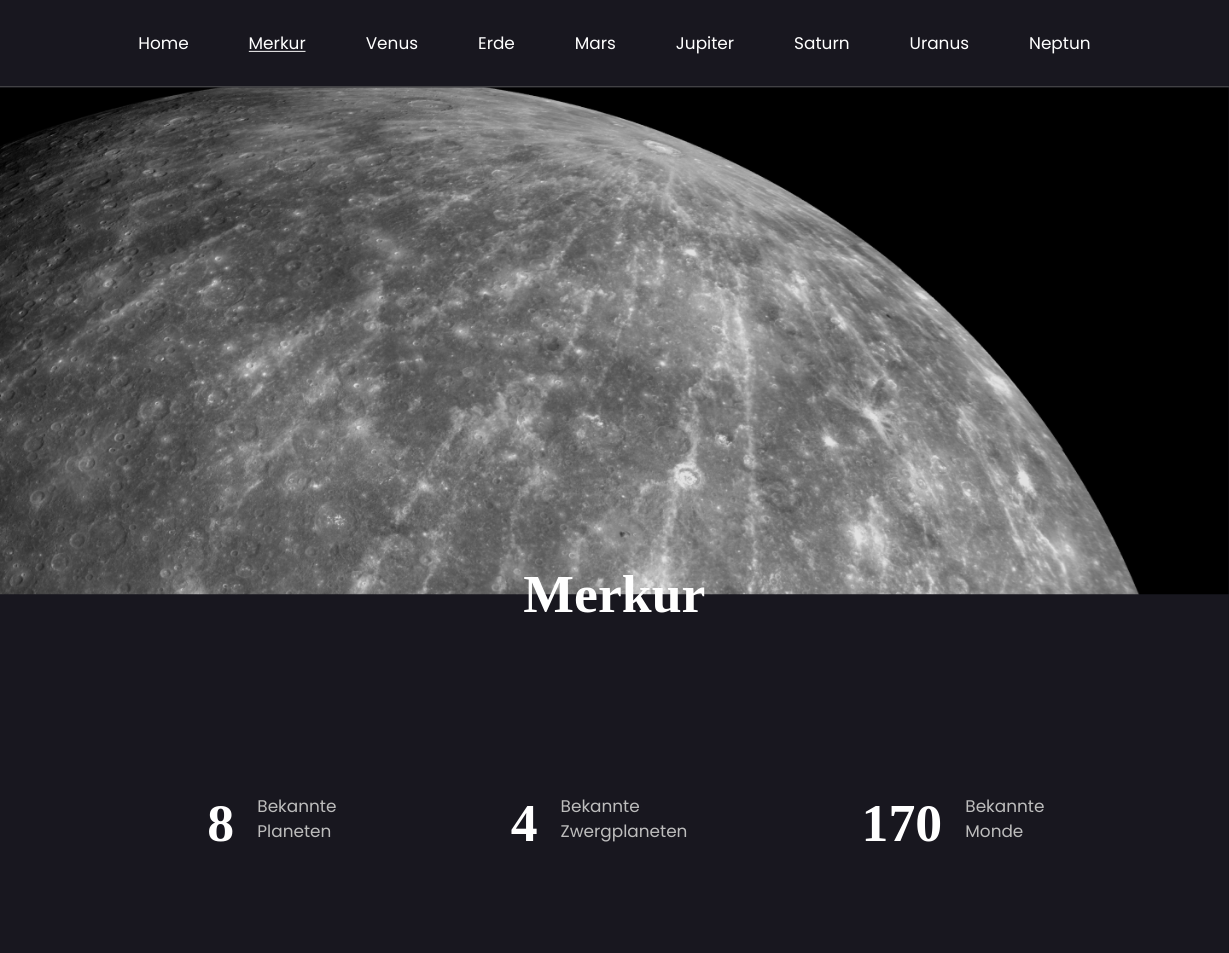
Repository: moreno-livak/solar
Page: dist/html/merkur.html
These files come from the project's save history. The page is drawn as it stood at one moment and after the next save; the edit follows.
The browser window is 1280 px wide. The pictures show the whole page, at 96% of full size.
The style sheet was rebuilt from its Sass, Less or Tailwind sources for each picture, by a compiler version that may differ from the author's.

Above is the page before, as saved 2022-05-07 12:51:22.
Console error: TypeError: Cannot read properties of null (reading 'getAttribute')

### dist/html/merkur.html
<!DOCTYPE html>
<html>
  <head>
    <!-- Poppins -->
    <link rel="preconnect" href="https://fonts.googleapis.com">
    <link rel="preconnect" href="https://fonts.gstatic.com" crossorigin>
    <link href="https://fonts.googleapis.com/css2?family=Poppins:ital,wght@0,300;0,400;0,500;0,600;0,700;1,300;1,400;1,500;1,600;1,700&display=swap" rel="stylesheet">
    <!-- Playfair Display -->
    <link rel="preconnect" href="https://fonts.googleapis.com">
    <link rel="preconnect" href="https://fonts.gstatic.com" crossorigin>
    <link href="https://fonts.googleapis.com/css2?family=Playfair+Display:wght@700&display=swap" rel="stylesheet">
    <!-- Erscheinungsbild -->
    <link rel="icon" href="../assets/merkur/Merkur_Icon.png">
    <title>Merkur</title>
    <link href="../css/home.css" rel="stylesheet">
  </head>

  <body>
    <nav>
      <ul class="second-nav">
          <li><a href="../index.html">Home</a></li>
          <div class="openMenu"><img class="burger" src="../assets/Menu-Icon.svg" alt="Menu"></div>
      </ul>
      <ul class="mainMenu">
          <li><a class="home" href="../index.html">Home</a></li>
          <li><a class="active margin" href="merkur.html">Merkur</a></li>
          <div class="menu-vl"></div>
          <li><a href="">Venus</a></li>
          <div class="menu-vl"></div>
          <li><a href="">Erde</a></li>
          <div class="menu-vl"></div>
          <li><a href="">Mars</a></li>
          <div class="menu-vl"></div>
          <li><a href="">Jupiter</a></li>
          <div class="menu-vl"></div>
          <li><a href="">Saturn</a></li>
          <div class="menu-vl"></div>
          <li><a href="">Uranus</a></li>
          <div class="menu-vl"></div>
          <li><a href="">Neptun</a></li>
          <div class="closeMenu"><img class="exit" src="../assets/Exit-Menu.svg" alt="Exit"></div>
      </ul>
  </nav>



  <section class="header">
    <div class="image-header"><img src="../assets/Merkur/Merkur-Header.png"></div>
    <h1>Merkur</h1>
  </section>



  <section class="quik-facts">
    <div class="quik-fact">
        <p class="number">8</p>
        <p>Bekannte<br>Planeten</p>
    </div>
    <div class="quik-fact">
        <p class="number">4</p>
        <p>Bekannte<br>Zwergplaneten</p>
    </div>
    <div class="quik-fact">
        <p class="number">170</p>
        <p>Bekannte<br>Monde</p>
    </div>
</section>






  <script src="../scripts/merkur.js"></script>
</body>
</html>

### src/scss/home.scss
/*Variablen*/

$left-margin: 9rem;
$base-font-size: 1.1rem;
$transition: .4s;
$main-title: 3.5rem;
$h1: 2.8rem;
$h2: 2.4rem;




/*Scrollbar*/

::-webkit-scrollbar{
    width: .7em;
} // Dicke

::-webkit-scrollbar-track{
    background-color: #242230;
} // Hintergrundfrabe

::-webkit-scrollbar-thumb{
    border-radius: 5px;
    background-color:#312f3f;
    &:hover{
        background-color: #383647;
    }
} // Thumb zum Scrollen




body {
    background: #18171F;
    margin: 0;
    font-family: 'Poppins';
    color: white;
    max-width: 100%;
    overflow-x: hidden;
}



/*Navigation*/

nav {
    border-bottom: 1px #5D5D5D solid;
    .second-nav{
        display: none;
    }

    .menu-vl{
        display: none;
    }

    .openMenu{
        display: none;
    }

    .closeMenu{
        display: none;
    }

    ul{
        margin: 2rem $left-margin 2rem $left-margin;
        display: flex;
        justify-content: space-between;
        li{
            list-style-type: none;
            margin-left: -2.5em;
            a{
                border: none;
                color: white;
                font-size: $base-font-size;
                font-weight: medium;
                text-decoration: none;
                display: inline-block;
                position: relative;
                clip-path: polygon(0 0, 100% 0, 100% 100%, 0% 100%);
                &:before, &:after {
                    position: absolute;
                    content: '';
                    border-bottom: 2px solid rgb(255, 255, 255);
                    border-radius: 0em;
                    bottom: .1em;
                    transition: transform .8s cubic-bezier(0.075, 0.82, 0.165, 1);
                }

               &:before {
                    width: 0.01em;
                    margin-left: -.1em;
                    transform-origin: left;
                }

                &:hover:before {
                    margin-left: 0em;
                    transform: scaleX(88);
                }
            }
            .active{
                text-decoration: underline;
                color: #ffffff;
                text-underline-offset: 0.14em;
            }
        }
    }
}





/*Header*/

header{
    justify-content: space-between;
    display: flex;
    .left{
        float:left;
        margin: 8rem 0 0 $left-margin;
        h1{
            font-family: 'Playfair+Display';
            font-size: $main-title;
            width: 10em;
        }
        p{
            font-size: $base-font-size;
            margin-right: 3rem;
        }
        .cta{
            display: flex;
            background: #242230;
            border-radius: 10px;
            margin-top: 2.5rem;
            width: 19.5rem;
            a{
                background: #FDB513;
                margin-right: 1em;
                padding: .5em 1em .5em 1em;
                border-radius: 8px;
                color: #18171F;
                font-weight: bold;
                font-size: $base-font-size;
                text-decoration: none;
                margin: .5em;
                transition: $transition;
            }
            a:hover{
                margin: 0;
                padding: 1em 1.5em 1em 1.5em;
                transition: $transition;
            }
            p{
                margin: auto 1rem auto 1rem;
                font-size: $base-font-size;
            }
        }
    }
    img{
        margin-top: 3em;
        float:right;
    }
}




/*Quikfacts*/

section.quik-facts{
    margin: 6rem 18rem 6rem 18rem;
    display: flex;
    flex-wrap: wrap;
    justify-content: space-between;
    .quik-fact{
        display: flex;
        margin: 0 2rem 0 2rem;
        p.number{
            font-family: 'Playfair';
            font-size: 3.5rem;
            font-weight: bold;
            color: #ffffff;
            margin: 1rem 1.5rem 0 1.5rem;
        }
        p{
            font-family: 'Poppins';
            color: #BDBDBD;
            font-size: $base-font-size;
        }
    }
}




/*Orbitale Ebene*/

section.orbit{
    margin: 9rem $left-margin 9rem $left-margin;
    h1{
        font-size: $h1;
        font-family: 'Playfair';
        font-weight: bold;
    }

    p{
        font-size: $base-font-size;
        text-align: justify;
        font-weight: 400;
        margin-bottom: 2rem;
    }

    div.content{
        background: #242230;
        border-radius: 10px;
        display: flex;
        padding: .7rem 3rem .7rem .7rem;
        .vl{
            border-left: 3.5px solid #383647;
            margin: auto 2rem auto 2rem;
            height: 6rem;
            border-radius: 10px;
        }
        p{
          font-size: $base-font-size;
          text-align: justify;
          font-weight: 400;
          margin: auto 0 auto 0;
        }
    }

    h2{
        font-size: $h2;
        font-family: 'Playfair';
        font-weight: bold;
        margin-top: 3.5rem;
    }

    .tooltip-dark{
        color: #4884F6;
        cursor: pointer;
        position: relative;
        .tip{
            visibility: hidden;
            width: 200px;
            background-color: #18171F;
            color: #fff;
            text-align: center;
            border-radius: 10px;
            padding: 10px 5px 10px 5px;
            position: absolute;
            display: inline-block;
            bottom: 120%;
            left: 50%;
            margin-left: -110px;
            opacity: 0;
            transition: opacity 0.3s;
            z-index: 1000;
        }
        .tip.active{
            visibility: visible;
            opacity: 1;
        }
    }
    .tooltip-light{
        color: #4884F6;
        cursor: pointer;
        position: relative;
        .tip{
            visibility: hidden;
            width: 245px;
            background-color: #242230;
            color: #fff;
            text-align: center;
            border-radius: 10px;
            padding: 10px 5px 10px 5px;
            position: absolute;
            display: inline-block;
            bottom: 120%;
            left: 50%;
            margin-left: -125px;
            opacity: 0;
            transition: opacity 0.3s;
            z-index: 1000;
        }
        .tip.active{
        visibility: visible;
        opacity: 1;
        }
    }




    /*Tabs*/

    .struggle{
        margin-top: 2rem;
        background: #242230;
        width: 23.9rem;
        border-radius: 10px;
        ul{
            display: flex;
            padding: 0.7rem;
        }
    }
    .tabs .trigger{
        list-style-type: none;
        padding: 10px;
        background: #242230;
        border-radius: 6px;
        display: inline-block;
        padding: 10px 20px;
        cursor: pointer;
    }
    .tabs .trigger.active{
        background: #18171F;
        color: white;
    }
    .tabs .content{
        background: #242230;
        display: none;
    }
    .tabs .content.active{
        display: flex;
        margin-top: 1.5rem;
    }


    .link{
        color: #4884F6;
        text-decoration: none;
    }


    //Trigger
    .dropdown .trigger{
        border: 1px solid #242230;
        border-radius: 10px;
        background: #242230;
        font-size: $base-font-size;
        position: relative;
        cursor: pointer;
        margin: 2rem 0 1em 0;
        padding: 1.5rem;
    }
    .dropdown .trigger.active{
        border: 1px solid #242230;
        border-radius: 10px 10px 0 0;
        background: #242230;
        margin: 2rem 0 0em 0;
    }

    // Symbol
    .dropdown .trigger::after{
        content: ">";
        font-family: 'Arial';
        font-size: large;
        background: #312f3f;
        border-radius: 50%;
        padding: .5rem 2rem .5rem 2rem;
        margin: -.4rem -1.5rem 0rem 0rem;
        right: 1.5rem;
        display: inline-block;
        position: absolute;
        transform: rotate(90deg) scale(0.5, 1);
        font-weight: bold;
        transition: transform 0.3s;
        font-size: 1.2rem;
        font-weight: 400;
    }
    .dropdown .trigger.active::after{
        transform: rotate(-90deg) scale(0.5, 1);
    }

    // Content
    .dropdown .content{
        display: none;
    }
    .dropdown .content.active{
        display: block;
        border: 2px solid #242230;
        background: #18171F;
        font-size: $base-font-size;
        border-radius: 0 0 10px 10px;
        padding: 1.5rem 1.5rem 1.5rem 1.5rem;
        margin-top: -1px;
    }
}



/*Planeten Erkunden*/

.more{
    margin: 3rem $left-margin 4rem $left-margin;
    h1{
        font-size: $h1;
        font-family: 'Playfair';
        font-weight: bold;
    }
    .planets{
        display: grid;
        grid-template-columns: repeat(8, 1fr);
        column-gap: 1.5rem;
        .planet{
            display: grid;
            grid-template-rows: repeat(2, 1fr);
            grid-template-rows: 3rem 4rem;
            place-items: center;
            background: #242230;
            border-radius: 10px;
            text-align: center;
            bottom: 0;
            padding: 1rem 2rem 1rem 2rem;
            text-decoration: none;
            color: #ffffff;
            p{
                margin: 1rem 0 0rem 0;
            }
            img{
                margin: 2rem 0 1rem 0;
                transition: $transition;
            }
        }
        .planet:hover{
            img{
                margin: 1.5rem 0 1.5rem 0;
                transform: rotate(180deg);
                transition: $transition;
            }
        }
    }
}




/*Footer*/
footer{
    margin: $left-margin 0 3rem 0;
    display: flex;
    justify-content: space-around;
    border-top: 1px #5D5D5D solid;
    div{
        margin: 3rem 4rem 0 4rem;
        a{
            margin: 0 2rem 0 2rem;
            text-decoration: none;
            color: #BDBDBD;
            font-size: $base-font-size;
            display: inline-block;
            border: none;
            position: relative;
            clip-path: polygon(0 0, 100% 0, 100% 100%, 0% 100%);
            &:before, &:after {
                position: absolute;
                content: '';
                border-bottom: 2px solid #BDBDBD;
                border-radius: 0em;
                bottom: .1em;
                transition: transform .8s cubic-bezier(0.075, 0.82, 0.165, 1);
            }

           &:before {
                width: 0.01em;
                margin-left: -.1em;
                transform-origin: left;
            }

            &:hover:before {
                margin-left: 0em;
                transform: scaleX(124);
            }
        }
    }
}


/*Other Pages*/
div.sketchfab-embed-wrapper{
    display: grid;
    place-content: center;
    iframe{
        border-radius: 10px;
        width: 77rem;
        margin: 1rem auto 1rem auto;
    }
  }

  .mercury-gif{
    transform: rotate(90deg);
    border-radius: 8px;
    margin-left: 8rem;
  }

  .video{
    border-radius: 8px;
    margin-left: 8rem;
    height: 15rem;
  }

  .header{
    display: grid;
    place-items: center;
    .image-header{
        height: 33rem;
        width: 100%;
        overflow: hidden;
        img{
            width: 100%;
        }
    }
    h1{
        font-size: $main-title;
        font-family: 'Playfair-Display';
        margin-top: -2rem;
    }
  }

/*Media Queries*/
@import 'home-mq';

Loaded but not shown: src/merkur.js (110 lines, source omitted); src/scss/_home-mq.scss (869 lines, source omitted)

After the next save:
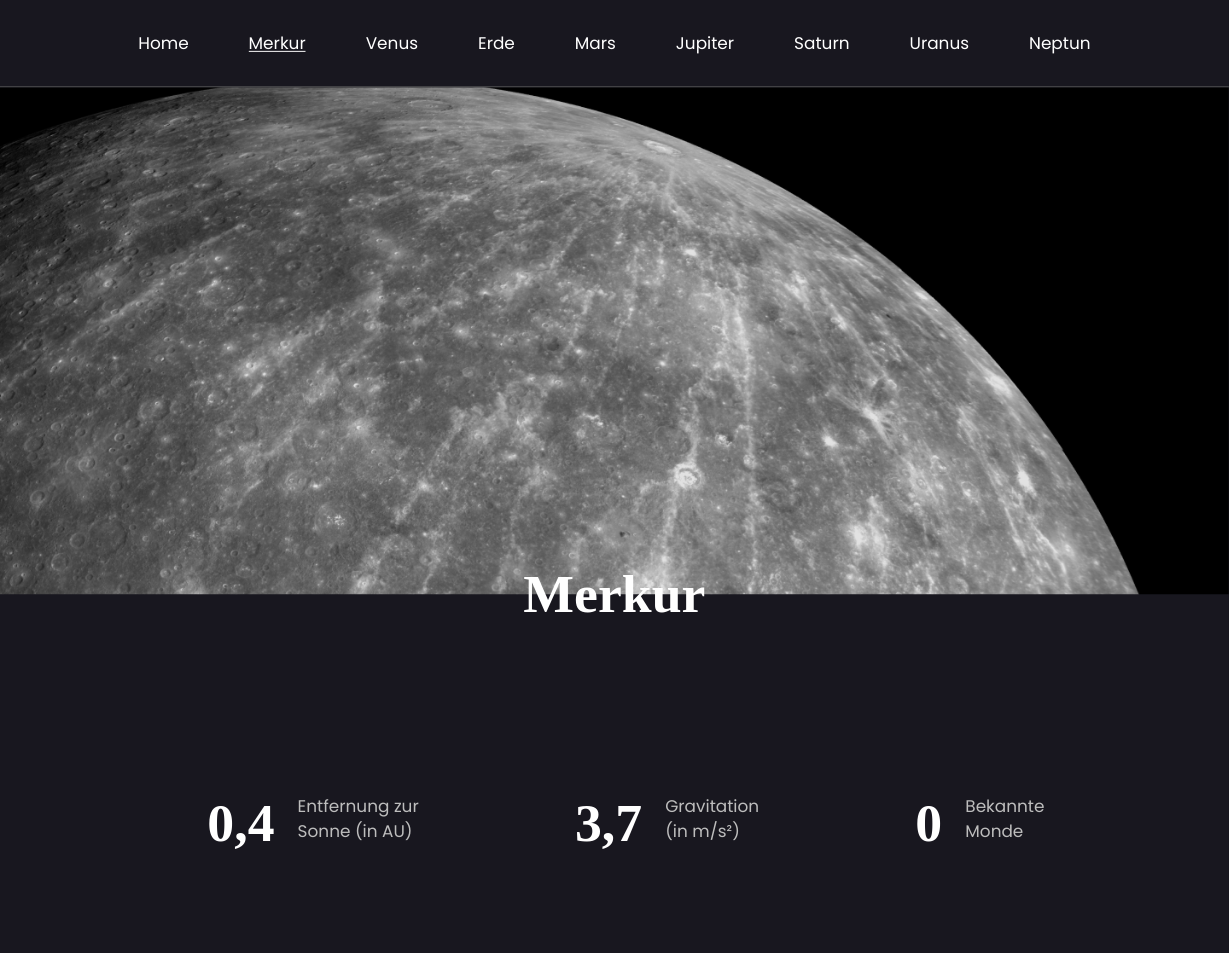
Saved 54 s later.
--- a/dist/html/merkur.html
+++ b/dist/html/merkur.html
@@ -53,15 +53,15 @@
 
   <section class="quik-facts">
     <div class="quik-fact">
-        <p class="number">8</p>
-        <p>Bekannte<br>Planeten</p>
+        <p class="number">0,4</p>
+        <p>Entfernung zur<br>Sonne (in AU)</p>
     </div>
     <div class="quik-fact">
-        <p class="number">4</p>
-        <p>Bekannte<br>Zwergplaneten</p>
+        <p class="number">3,7</p>
+        <p>Gravitation<br>(in m/s²)</p>
     </div>
     <div class="quik-fact">
-        <p class="number">170</p>
+        <p class="number">0</p>
         <p>Bekannte<br>Monde</p>
     </div>
 </section>
